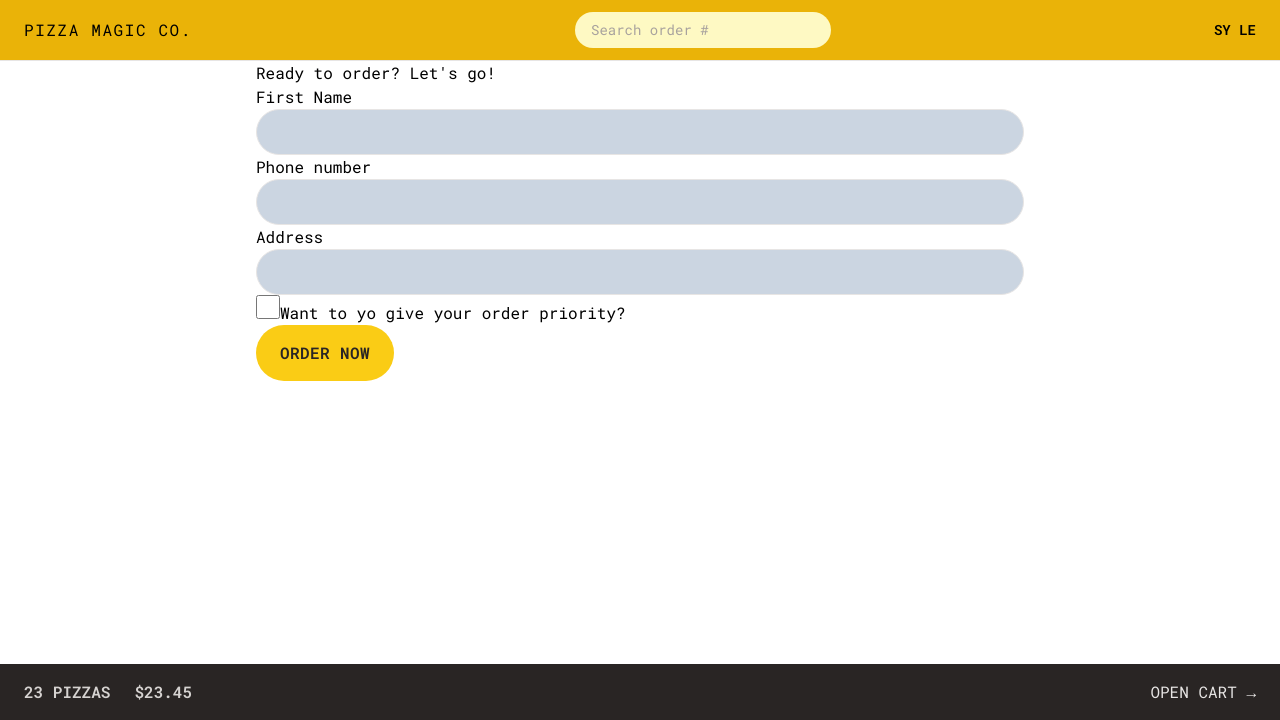
Repository: SyLe-Van/The-Pizza-Magic-web
Page: /order/new
The author's editor kept a copy of each file at every save. The page is drawn from the files as they stood at one save, then again after the next save.
The browser window is 1280 px wide. The pictures show the whole page.
The project was rebuilt for these pictures with package versions that can differ from the ones it lists, and the page was loaded fresh each time. Also part of the build but not shown: vite.config.js, src/features/user/CreateUser.jsx, src/ui/Home.jsx, src/ui/Loader.jsx, src/features/menu/Menu.jsx, src/ui/LinkButton.jsx, src/utils/helpers.js, src/features/cart/CartItem.jsx and 3 more. Imported but missing from the stored project, and not drawn on this page: src/features/menu/MenuItem.

Above is the page before, as saved 2024-07-28 18:32:02.

### index.html
<!doctype html>
<html lang="en">
  <head>
    <meta charset="UTF-8" />
    <link rel="icon" type="image/svg+xml" href="/vite.svg" />
    <meta name="viewport" content="width=device-width, initial-scale=1.0" />
    <link rel="preconnect" href="https://fonts.googleapis.com">
    <link rel="preconnect" href="https://fonts.gstatic.com" crossorigin>
    <link href="https://fonts.googleapis.com/css2?family=Roboto+Mono:ital,wght@0,100..700;1,100..700&display=swap"
      rel="stylesheet">
    <title>Vite + React</title>
  </head>
  <body clas="bg-stone-100 text-stone-700">
    <div id="root"></div>
    <script type="module" src="/src/main.jsx"></script>
  </body>
</html>

### src/App.jsx
import {RouterProvider, createBrowserRouter } from "react-router-dom"
import Home from "./ui/Home"
import AppLayout from "./ui/AppLayout"
import Menu, {loader as menuLoader} from "./features/menu/Menu"
import Cart from "./features/cart/Cart"
import Error from "./ui/Error"
import CreateOrder, {action as CreateOrderAction} from "./features/order/CreateOrder"
import Order, {loader as orderLoader} from "./features/order/Order"
const router = createBrowserRouter([
  {
    element: <AppLayout />,
    errorElement: <Error />,
    children: [
      {
        path: "/",
        element: <Home />
      },
      {
        path: "/menu",
        element: <Menu />,
        loader: menuLoader,
        errorElement: <Error />,
      },
      {
        path: "/cart",
        element: <Cart />
      },
      {
        path: "/order/new",
        element: <CreateOrder />,
        action: CreateOrderAction,
      },
      {
        path: "/order/:orderId",
        element: <Order />,
        loader: orderLoader,
        errorElement: <Error />,
      }
    ]
  },


])

export default function App() {
  return <RouterProvider router={router} />
}

### src/index.css
@tailwind base;
@tailwind components;
@tailwind utilities;

@layer components {
  .input{
    @apply
      rounded-full
       md:px-6 md:py-3
        focus:ring
        focus:ring-yellow-400
         focus:outline-none
          border
           border-stone-200
            w-full px-4 py-2
            text-sm transition-all
             duration-300
              placeholder:text-stone-400
               bg-slate-300

  }
    .loader {
      width: 45px;
      aspect-ratio: 0.75;
      --c: no-repeat linear-gradient(theme(colors.stone.800) 0 0);
      background: var(--c) 0% 50%, var(--c) 50% 50%, var(--c) 100% 50%;
      background-size: 20% 50%;
      animation: loading 1s infinite linear;
    }

    @keyframes loading {
      20% {
        background-position: 0% 0%, 50% 50%, 100% 50%;
      }

      40% {
        background-position: 0% 100%, 50% 0%, 100% 50%;
      }

      60% {
        background-position: 0% 50%, 50% 100%, 100% 0%;
      }

      80% {
        background-position: 0% 50%, 50% 50%, 100% 100%;
      }
    }
}
/* body {
  font-family: system-ui, -apple-system, BlinkMacSystemFont, 'Segoe UI', Roboto,
    Oxygen, Ubuntu, Cantarell, 'Open Sans', 'Helvetica Neue', sans-serif;
  background-color: #f7f7f7;
  color: #444;
}

.layout {
  display: grid;
  grid-template-rows: auto 1fr auto;
  gap: 32px;
  height: 100dvh;

} */

/* https://dev.to/afif/i-made-100-css-loaders-for-your-next-project-4eje */

### src/ui/AppLayout.jsx
import { Outlet, useNavigation } from "react-router-dom";
import CartOverview from "../features/cart/CartOverview";
import Header from "./Header";
import Loader from "./Loader";
export default function AppLayout() {
    const navigation = useNavigation()
    const isLoading = navigation.state === "loading"
    return (
        <div className="grid h-screen grid-rows-[auto_1fr_auto]">
            {isLoading && <Loader />}
            <Header />
            <div className="overflow-scroll">
                <main className="mx-auto max-w-3xl ">
                    <Outlet />
                </main>
            </div>
            <CartOverview />
        </div>
    )
}

### src/features/order/CreateOrder.jsx
import { useState } from "react";
import Button from "../../ui/Button";
import { Form, redirect, useNavigation, useActionData  } from "react-router-dom";
import { createOrder } from "../../services/apiRestaurant.js";
// https://uibakery.io/regex-library/phone-number
const isValidPhone = (str) =>
  /^\+?\d{1,4}?[-.\s]?\(?\d{1,3}?\)?[-.\s]?\d{1,4}[-.\s]?\d{1,4}[-.\s]?\d{1,9}$/.test(
    str
  );

const fakeCart = [
  {
    pizzaId: 12,
    name: "Mediterranean",
    quantity: 2,
    unitPrice: 16,
    totalPrice: 32,
  },
  {
    pizzaId: 6,
    name: "Vegetale",
    quantity: 1,
    unitPrice: 13,
    totalPrice: 13,
  },
  {
    pizzaId: 11,
    name: "Spinach and Mushroom",
    quantity: 1,
    unitPrice: 15,
    totalPrice: 15,
  },
];

function CreateOrder() {
  const navigation = useNavigation();
  const isSubmitting = navigation.state === "submitting";
  // const [withPriority, setWithPriority] = useState(false);
  const formErrors = useActionData();

  const cart = fakeCart;

  return (
    <div>
      <h2>Ready to order? Let's go!</h2>
      {/* <form method="POST" action="/order/new"></form> */}
      <Form method="POST">
        <div>
          <label>First Name</label>
          <input className="input"  type="text" name="customer" required />
        </div>

        <div>
          <label>Phone number</label>
          <div>
            <input className="input" type="tel" name="phone" required />
          </div>
          {formErrors?.phone && <p>{formErrors.phone}</p>}
        </div>

        <div>
          <label>Address</label>
          <div>
            <input className="input" type="text" name="address" required />
          </div>
        </div>

        <div>

          <input
            className="h-6  w-6 accent-yellow-400 focus:ring-offset-2 focus:ring focus:outline-none focus:ring-yellow-400 "
            type="checkbox"
            name="priority"
            id="priority"
            // value={withPriority}
            // onChange={(e) => setWithPriority(e.target.checked)}
          />
          <label htmlFor="priority">Want to yo give your order priority?</label>
        </div>

        <div>
          <input type="hidden" name="cart" value={JSON.stringify(cart)} />
          <Button type="primary" disabled={isSubmitting}>{isSubmitting ? "Placing order..." : "Order now"} </Button>
        </div>
      </Form>
    </div>
  );s
}

export async function action({request}) {
  const formData = await request.formData();
  const data = Object.fromEntries(formData);
  console.log(data);

  const order = {
    ...data,
    cart: JSON.parse(data.cart),
    priority: data.priority === "on",
  }


  const errors = {}
  if(!isValidPhone(order.phone)) {
    errors.phone = "Invalid phone number"
  }
  if (Object.keys(errors).length > 0) return errors;

  const newOrder = await createOrder(order)

  return redirect(`/order/${newOrder.id}`)
}

export default CreateOrder;

### src/features/cart/CartOverview.jsx
import { Link } from "react-router-dom";

export default function CartOverview() {
  return (
    <div className="bg-stone-800 text-stone-200 py-4 justify-between uppercase  px-4 sm:px-6 md:text-base flex items-center">
      <p className="text-stone-300 font-semibold space-x-4 sm:space-x-6">
        <span>23 pizzas</span>
        <span>$23.45</span>
      </p>
      <Link to='/cart'>Open cart &rarr;</Link>
    </div>
  );
}

### src/ui/Header.jsx
import { Link } from "react-router-dom";
import Username from "../features/user/Username";
import SearchOrder from "../features/order/SearchOrder";

export default function Header() {
    return (
        <header className="bg-yellow-500  flex items-center justify-between uppercase py-3 px-4 border-b border-stone-200 sm:px-6">
            <Link className="tracking-widest" to="/">Pizza Magic Co.</Link>
            <SearchOrder />

            <Username />

        </header>
    )
}

### src/services/apiRestaurant.js
const API_URL = 'https://react-fast-pizza-api.onrender.com/api';

export async function getMenu() {
  const res = await fetch(`${API_URL}/menu`);

  // fetch won't throw error on 400 errors (e.g. when URL is wrong), so we need to do it manually. This will then go into the catch block, where the message is set
  if (!res.ok) throw Error('Failed getting menu');

  const { data } = await res.json();
  return data;
}

export async function getOrder(id) {
  const res = await fetch(`${API_URL}/order/${id}`);
  if (!res.ok) throw Error(`Couldn't find order #${id}`);

  const { data } = await res.json();
  return data;
}

export async function createOrder(newOrder) {
  try {
    const res = await fetch(`${API_URL}/order`, {
      method: 'POST',
      body: JSON.stringify(newOrder),
      headers: {
        'Content-Type': 'application/json',
      },
    });

    if (!res.ok) throw Error();
    const { data } = await res.json();
    return data;
  } catch {
    throw Error('Failed creating your order');
  }
}

export async function updateOrder(id, updateObj) {
  try {
    const res = await fetch(`${API_URL}/order/${id}`, {
      method: 'PATCH',
      body: JSON.stringify(updateObj),
      headers: {
        'Content-Type': 'application/json',
      },
    });

    if (!res.ok) throw Error();
    // We don't need the data, so we don't return anything
  } catch (err) {
    throw Error('Failed updating your order');
  }
}

### src/ui/Button.jsx
import { Link } from "react-router-dom";
function Button({ children, disabled, to , type}) {

    const base = "bg-yellow-400 focus:outline-none focus:ring-offset-2 focus:ring focus:ring-yellow-300 focus:bg-yellow-300 duration-300 transition-colors uppercase font-semibold   text-stone-800 inline-block  tracking-wide rounded-full hover:bg-yellow-300 disabled:cursor-not-allowed "
    const styles = {
        secondary: "focus:outline-none hover:text-stone-800 border-2 py-2.5 px-4 md:px-6 md:py-3.5 border-stone-300 focus:ring-offset-2 focus:ring focus:ring-stone-200 focus:bg-stone-300 duration-300 transition-colors uppercase font-semibold   text-stone-400 inline-block  tracking-wide rounded-full hover:bg-stone-300 disabled:cursor-not-allowed ",
        primary: base + "py-3 px-4 md:px-6 md:py-4",
        small: base + "px-4 py-2 md:px-5 md:py-2.5 text-xs"
    }
    if (to) {
        return <Link className={styles[type]} to={to}>{children}</Link>
    }
    return <button disabled={disabled} className={styles[type]}>
      {children}
  </button>
}
export default Button;

### src/features/user/Username.jsx
function Username() {
    return (
        <div className="text-sm hidden font-semibold md:block">Sy Le</div>
    )
}

export default Username;

### src/features/order/SearchOrder.jsx
import {useState} from 'react';
import { useNavigate } from 'react-router-dom';
export default function SearchOrder() {
    const [query, setQuery] = useState("");
    const navigate = useNavigate()

    function handleSubmit(e) {
        e.preventDefault();
        if (!query) return;
        navigate('/order/' + query)
        setQuery("")
    }
    return (
        <form onSubmit={handleSubmit}>
            <input  placeholder="Search order #"
                value={query}
                onChange={e => setQuery(e.target.value)}
                className='w-28 transition-all duration-300 focus:ring-opacity-50 rounded-full bg-yellow-100 px-4 py-2 text-sm placeholder:text-stone-400 sm:w-64 sm:focus:focus:w-72 focus:outline-none focus:ring focus:ring-yellow-500'
            />
        </form>
    )
}

### tailwind.config.js
/** @type {import('tailwindcss').Config} */
module.exports = {
  content: ["./index.html", "./src/**/*.{html,js,jsx,tsx}"],
  theme: {
    fontFamily: {
      sans: "Roboto Mono, monospace",
    },

    extend: {
      fontSize: {
        huge: ["8rem", { lineHeight: "1" }],
      },
      height: {
        screen: "100dvh",
      },
    },
  },
  plugins: [],
};

Loaded but not shown: src/main.jsx (common file)

After the next save:
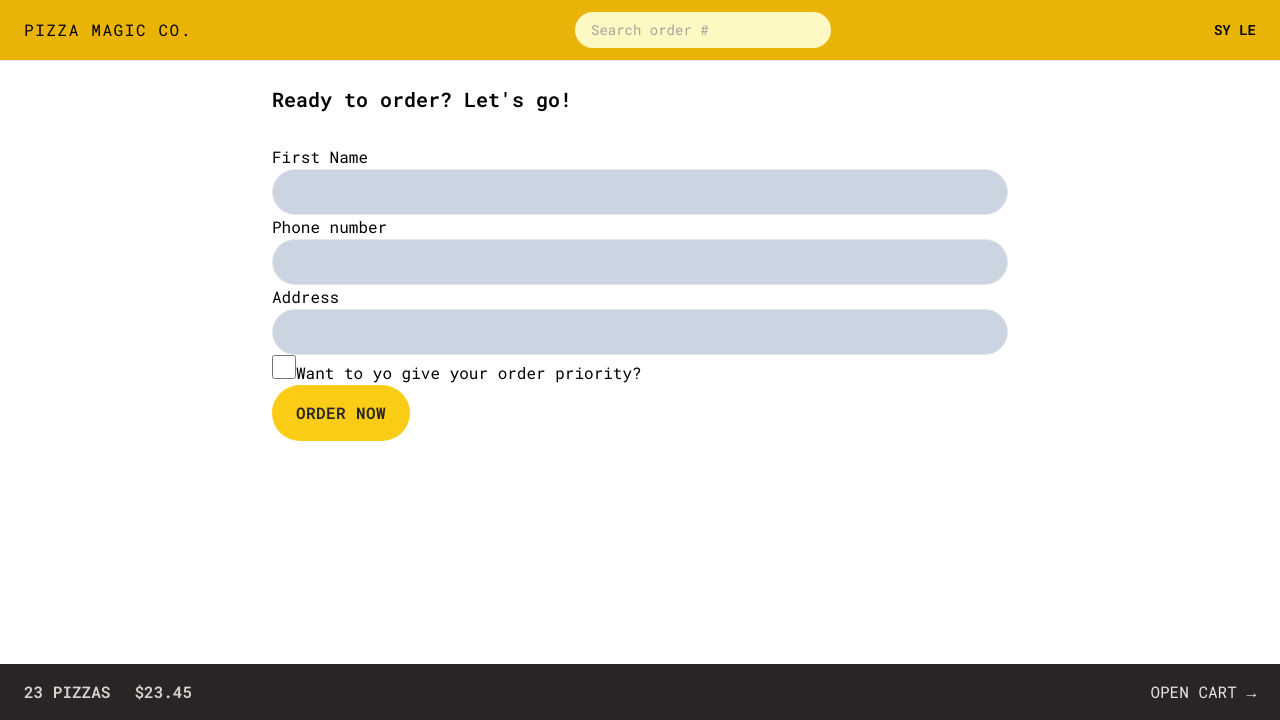
Saved 2 min 20 s later.
--- a/src/features/order/CreateOrder.jsx
+++ b/src/features/order/CreateOrder.jsx
@@ -41,8 +41,8 @@ function CreateOrder() {
   const cart = fakeCart;
 
   return (
-    <div>
-      <h2>Ready to order? Let's go!</h2>
+    <div className="px-4 py-6 ">
+      <h2 className="text-xl font-semibold mb-8">Ready to order? Let's go!</h2>
       {/* <form method="POST" action="/order/new"></form> */}
       <Form method="POST">
         <div>
